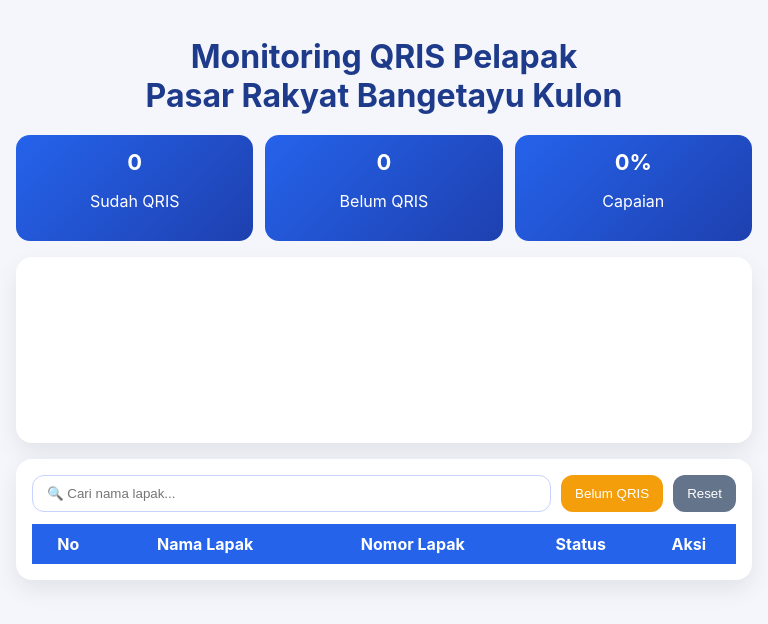
Repository: pasarrakyatbak/monitoringqrispelapak
Page: qris.html
The author's editor kept a copy of each file at every save. The page is drawn from the files as they stood at one save, then again after the next save.
The browser window is 768 px wide. The pictures show the whole page.
The page's requests for data from a server got no answer.

Above is the page before, as saved 2026-01-06 19:15:40.

After the next save:
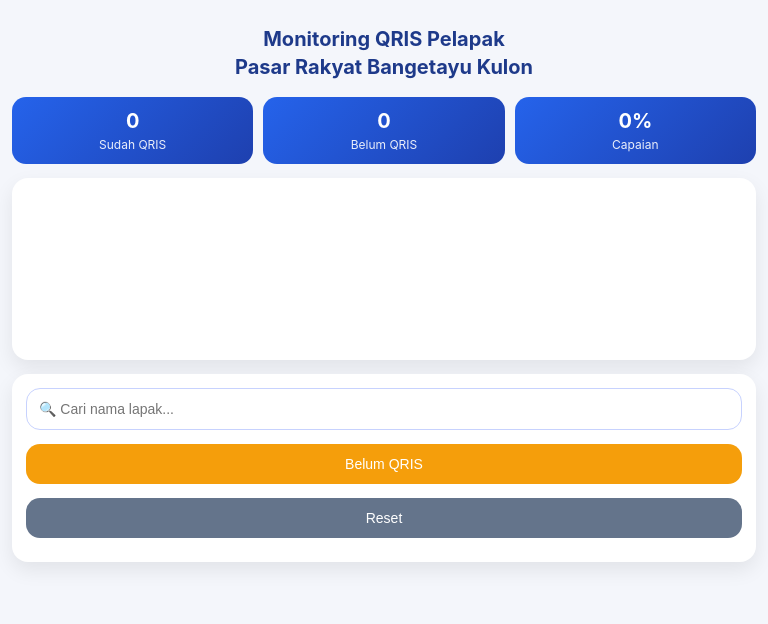
Saved 108 s later.
--- a/qris.css
+++ b/qris.css
@@ -1,79 +1,96 @@
+* {
+    box-sizing: border-box;
+}
+
 body {
     font-family: Inter, Arial, sans-serif;
     background: #f4f6fb;
     margin: 0;
-    padding: 16px;
+    padding: 12px;
 }
 
+/* ================= HEADER ================= */
 h1 {
     text-align: center;
     color: #1e3a8a;
-    margin-bottom: 20px;
+    font-size: 20px;
+    line-height: 1.4;
+    margin-bottom: 16px;
 }
 
+/* ================= CARD ================= */
 .card {
     background: #ffffff;
     border-radius: 16px;
-    padding: 16px;
-    margin-bottom: 16px;
-    box-shadow: 0 10px 25px rgba(0, 0, 0, .08);
+    padding: 14px;
+    margin-bottom: 14px;
+    box-shadow: 0 8px 20px rgba(0, 0, 0, .08);
 }
 
-/* Statistik */
+/* ================= STATISTIK ================= */
 .stats {
     display: grid;
-    grid-template-columns: repeat(auto-fit, minmax(120px, 1fr));
-    gap: 12px;
-    margin-bottom: 16px;
+    grid-template-columns: repeat(3, 1fr);
+    gap: 10px;
+    margin-bottom: 14px;
 }
 
 .stat-card {
     background: linear-gradient(135deg, #2563eb, #1e40af);
     color: white;
-    padding: 14px;
+    padding: 12px 8px;
     border-radius: 14px;
     text-align: center;
 }
 
 .stat-card h3 {
     margin: 0;
-    font-size: 22px;
+    font-size: 20px;
 }
 
-/* Toolbar */
+.stat-card p {
+    margin: 4px 0 0;
+    font-size: 12px;
+    opacity: .9;
+}
+
+/* ================= TOOLBAR ================= */
 .toolbar {
     display: flex;
-    gap: 10px;
-    flex-wrap: wrap;
-    margin-bottom: 12px;
+    flex-direction: column;
+    gap: 8px;
+    margin-bottom: 10px;
 }
 
 .search-input {
-    flex: 1;
-    padding: 10px 14px;
-    border-radius: 12px;
+    width: 100%;
+    padding: 12px;
+    border-radius: 14px;
     border: 1px solid #c7d2fe;
+    font-size: 14px;
+}
+
+.filter-btn,
+.reset-btn {
+    width: 100%;
+    padding: 12px;
+    border-radius: 14px;
+    border: none;
+    font-size: 14px;
+    cursor: pointer;
 }
 
 .filter-btn {
     background: #f59e0b;
     color: white;
-    border: none;
-    padding: 10px 14px;
-    border-radius: 12px;
-    cursor: pointer;
 }
 
 .reset-btn {
     background: #64748b;
     color: white;
-    border: none;
-    padding: 10px 14px;
-    border-radius: 12px;
-    cursor: pointer;
 }
 
-/* Table */
+/* ================= TABLE (DESKTOP) ================= */
 table {
     width: 100%;
     border-collapse: collapse;
@@ -83,25 +100,39 @@
     background: #2563eb;
     color: white;
     padding: 10px;
+    font-size: 13px;
 }
 
 td {
     padding: 8px;
     border-bottom: 1px solid #eee;
-    font-size: 14px;
+    font-size: 13px;
 }
 
 input,
 select {
     width: 100%;
-    padding: 6px;
-    border-radius: 8px;
+    padding: 8px;
+    border-radius: 10px;
     border: 1px solid #ddd;
+    font-size: 13px;
 }
 
-/* Badge */
+button {
+    width: 100%;
+    margin-top: 6px;
+    padding: 10px;
+    background: #2563eb;
+    color: white;
+    border: none;
+    border-radius: 12px;
+    font-size: 13px;
+}
+
+/* ================= BADGE ================= */
 .badge {
-    padding: 4px 10px;
+    display: inline-block;
+    padding: 5px 12px;
     border-radius: 999px;
     font-size: 12px;
     font-weight: 600;
@@ -117,7 +148,49 @@
     color: #9a3412;
 }
 
-/* Highlight */
+/* ================= HIGHLIGHT ================= */
 tr.belum-qris {
     background: #fff7ed;
 }
+
+/* ================= MOBILE CARD MODE ================= */
+@media (max-width: 768px) {
+
+    table,
+    thead {
+        display: none;
+    }
+
+    tbody {
+        display: flex;
+        flex-direction: column;
+        gap: 10px;
+    }
+
+    tr {
+        display: block;
+        background: #ffffff;
+        border-radius: 14px;
+        padding: 12px;
+        box-shadow: 0 6px 16px rgba(0, 0, 0, .06);
+    }
+
+    tr.belum-qris {
+        border-left: 6px solid #f59e0b;
+    }
+
+    td {
+        display: block;
+        border: none;
+        padding: 4px 0;
+        font-size: 13px;
+    }
+
+    td::before {
+        content: attr(data-label);
+        font-size: 11px;
+        color: #64748b;
+        display: block;
+        margin-bottom: 2px;
+    }
+}
